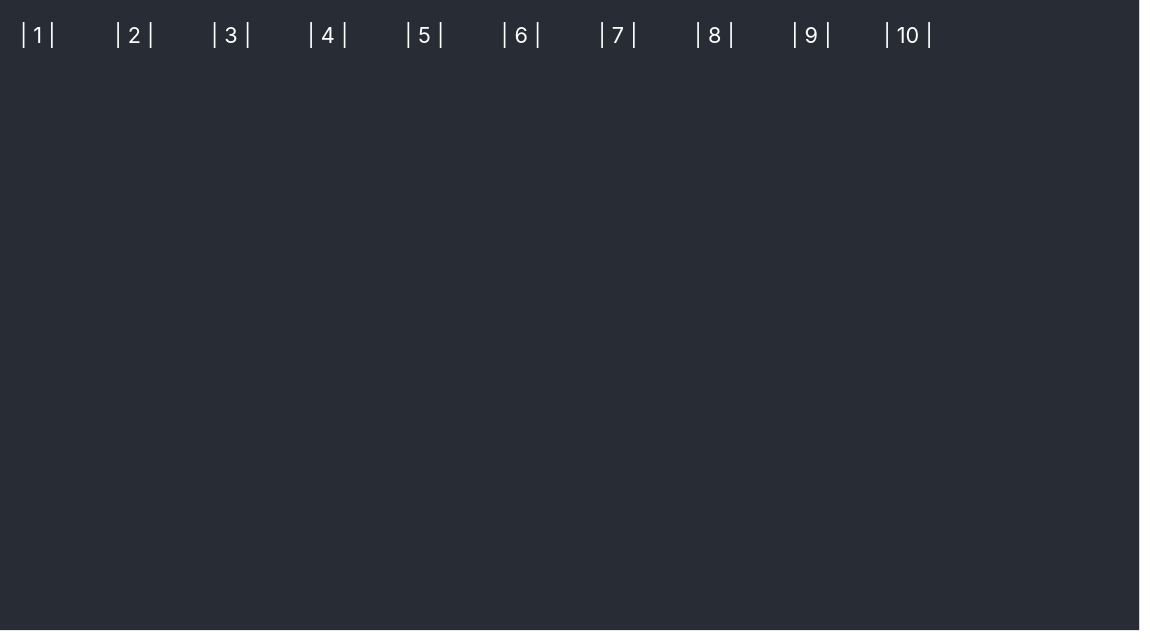
Repository: ghbamorim/megasenaapi
Page: / (app in mega-sena-client/)
An editor plug-in stored every save of this project. The page is shown before and after the next save, followed by the edit.
The browser window is 1280 px wide. The page is 1292 px wide, so the pictures cover 1292 px, including what lies to the right of the window. The pictures show the whole page, at 89% of full size.
The project was rebuilt for these pictures with package versions that can differ from the ones it lists, and the page was loaded fresh each time.

Above is the page before, as saved 2021-09-11 11:05:01.

After the next save:
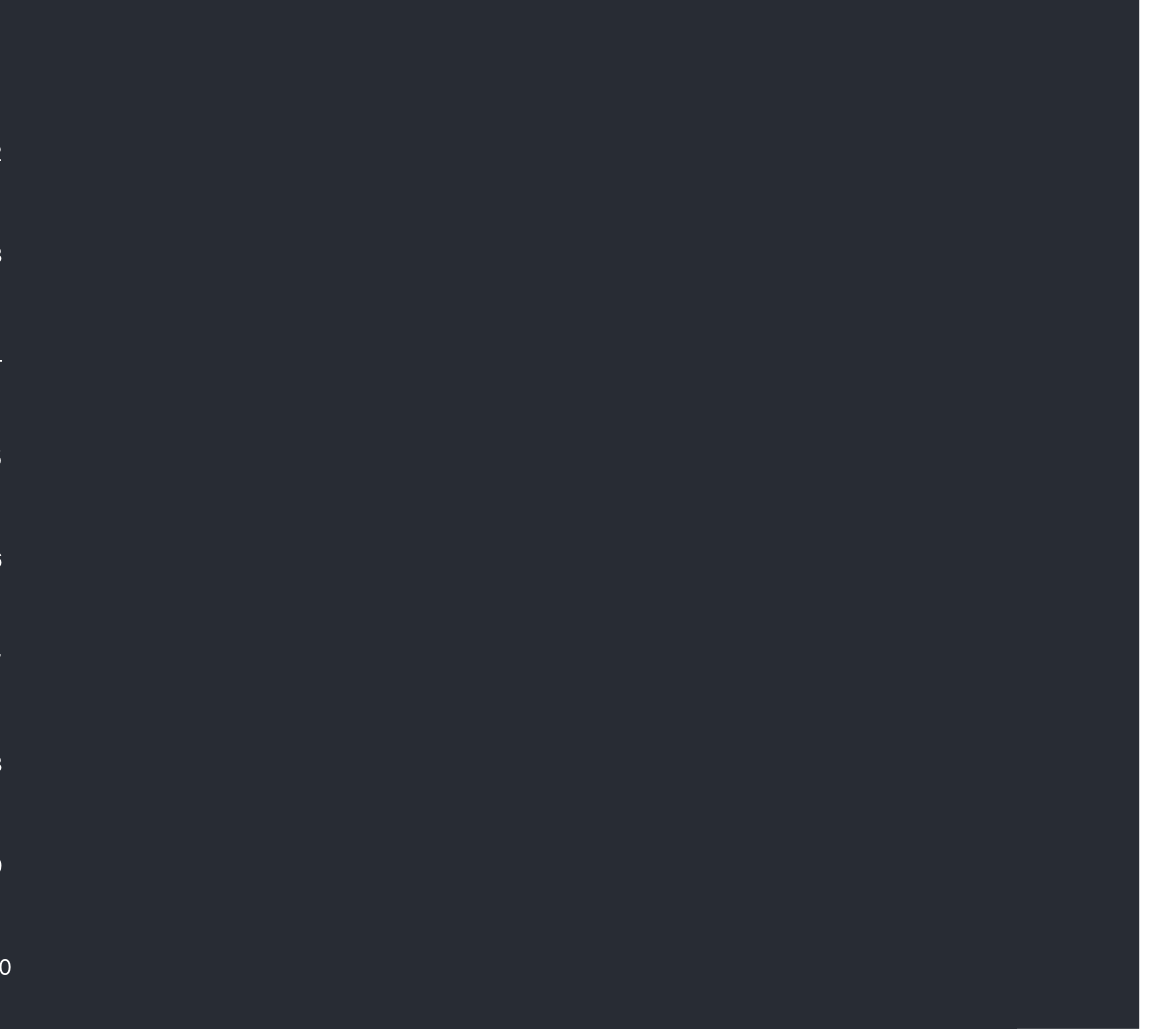
Saved 118 s later.
--- a/mega-sena-client/src/row.tsx
+++ b/mega-sena-client/src/row.tsx
@@ -8,15 +8,19 @@ const Row = () => {
     cols.push(i);
   }
 
-  return cols.map((i) => {
-    return (
-      <Grid item xs={1}>
-        <div className="App">
-          <p>| {i} |</p>
-        </div>
-      </Grid>
-    );
-  });
+  return (
+    <div>
+      {cols.map((i) => {
+        return (
+          <Grid item xs={1}>
+            <div className="App">
+              <p>| {i} |</p>
+            </div>
+          </Grid>
+        );
+      })}
+    </div>
+  );
 };
 
 export default Row;
